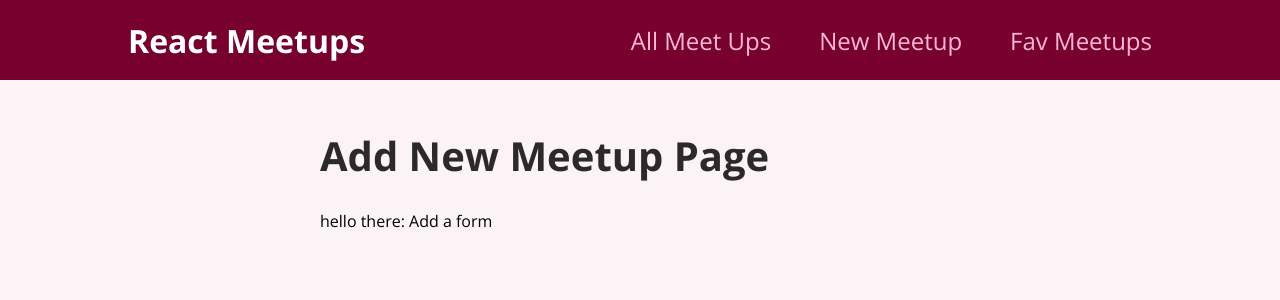
Repository: portretrieve/react-meetup-app
Page: /meet
The author's editor kept a copy of each file at every save. The page is drawn from the files as they stood at one save, then again after the next save.
The browser window is 1280 px wide. The pictures show the whole page.
The project was rebuilt for these pictures with package versions that can differ from the ones it lists, and the page was loaded fresh each time. A package was used in the major version that the imports need, not the one package.json lists. Also part of the build but not shown: src/components/meetups/MeetupList.module.css, src/components/meetups/Meetupitem.module.css, src/components/meetups/MeetupItem.js, src/components/meetups/MeetupList.js, src/pages/AllMeetups.js, src/pages/Favourites.js, src/components/meetups/NewMeetupForm.module.css.

Above is the page before, as saved 2021-08-19 01:03:46.

### src/App.js
import { Route, Switch } from "react-router-dom";

import AllMeetupsPage from "./pages/AllMeetups";
import FavouritesPage from "./pages/Favourites";
import NewMeetupPage from "./pages/NewMeetup";
import Layout from "./components/layout/Layout";

function App() {
  return (
    <Layout>
      <Switch>
        <Route path="/" exact>
          <AllMeetupsPage />
        </Route>
        <Route path="/meet">
          <NewMeetupPage />
        </Route>
        <Route path="/fav">
          <FavouritesPage />
        </Route>
      </Switch>
    </Layout>
  );
}

export default App;

### src/pages/NewMeetup.js
import NewMeetupForm from "../components/meetups/NewMeetupForm";

function NewMeetupPage() {
  return (
    <div>
      <h1>Add New Meetup Page</h1>
      <NewMeetupForm />
    </div>
  );
}

export default NewMeetupPage;

### src/components/layout/Layout.js
import classes from "./Layout.module.css";
import MainNavigation from "./MainNavigation";
function Layout(props) {
  return (
    <div>
      <MainNavigation></MainNavigation>
      <main className={classes.main}>{props.children}</main>
    </div>
  );
}

export default Layout;

### src/components/meetups/NewMeetupForm.js
import classes from "./NewMeetupForm.module.css";
import Card from "../userInterface/Card";

function NewMeetupForm() {
  return <div>hello there: Add a form </div>;
}
export default NewMeetupForm;

### src/components/layout/MainNavigation.js
import { Link } from "react-router-dom";
import classes from "./MainNavigation.module.css";

function MainNavigation() {
  return (
    <header className={classes.header}>
      <div className={classes.logo}>React Meetups</div>
      <nav>
        <ul>
          <li>
            <Link to="/">All Meet Ups</Link>
          </li>
          <li>
            <Link to="/meet">New Meetup</Link>
          </li>
          <li>
            <Link to="/fav">Fav Meetups</Link>
          </li>
        </ul>
      </nav>
    </header>
  );
}

export default MainNavigation;

### src/components/userInterface/Card.js
import classes from "./Card.module.css";

function Card({ children }) {
  return <div className={classes.card}>{children}</div>;
}

export default Card;

Loaded but not shown: public/index.html (common file); src/index.js (common file); src/index.css (common file); src/components/layout/Layout.module.css (common file); src/components/layout/MainNavigation.module.css (common file); src/components/userInterface/Card.module.css (common file)

After the next save:
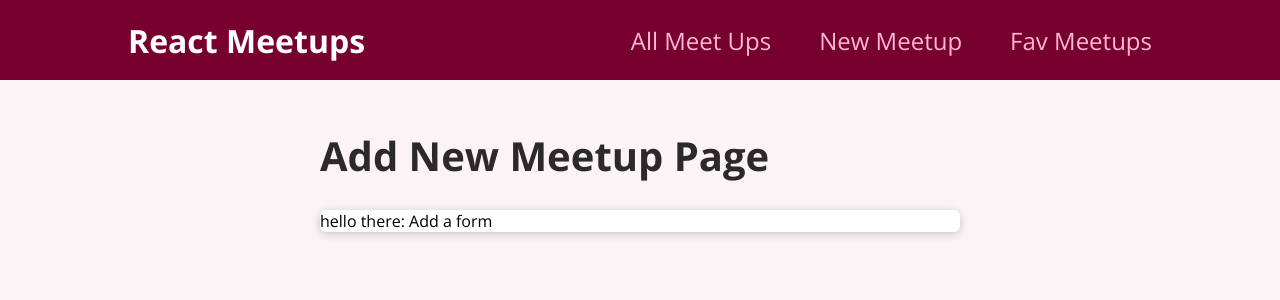
Saved 6 s later.
--- a/src/components/meetups/NewMeetupForm.js
+++ b/src/components/meetups/NewMeetupForm.js
@@ -2,6 +2,6 @@ import classes from "./NewMeetupForm.module.css";
 import Card from "../userInterface/Card";
 
 function NewMeetupForm() {
-  return <div>hello there: Add a form </div>;
+  return <Card>hello there: Add a form </Card>;
 }
 export default NewMeetupForm;
